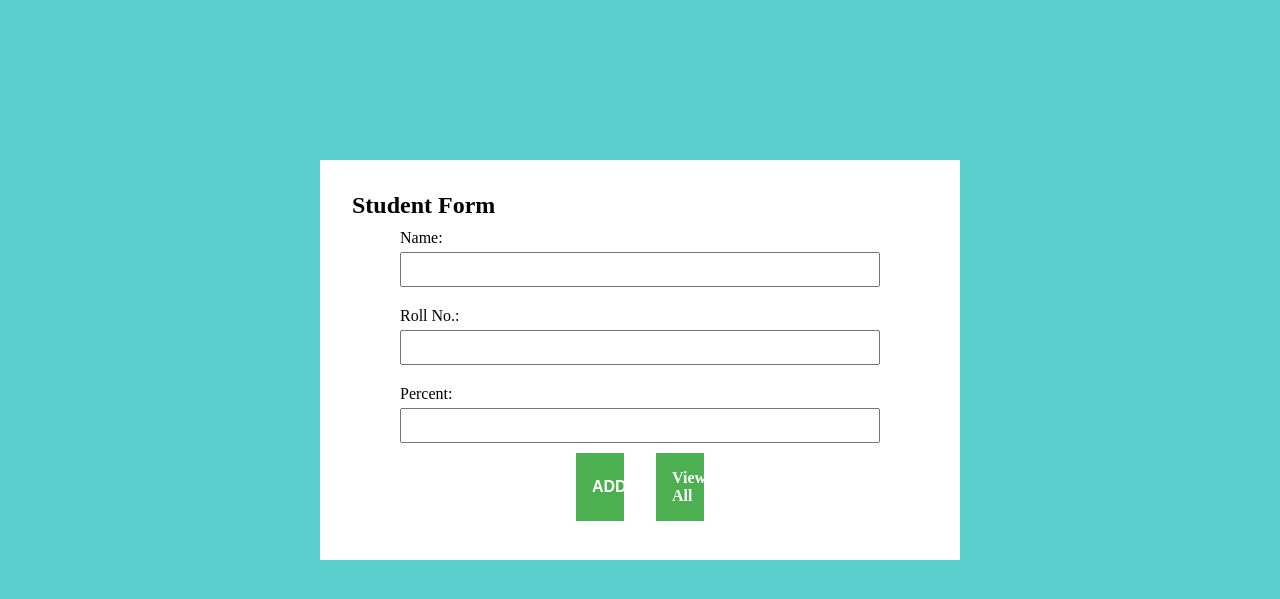
Repository: deeptimahisare1206/Todo_List
Page: http://localhost/Hib_Nest/
These files come from the project's save history. The page is drawn as it stood at one moment and after the next save; the edit follows.
The browser window is 1280 px wide. The pictures show the whole page.
The page is served by Tomcat 10. Other server files are loaded and not shown.

Above is the page before, as saved 2024-11-17 16:14:51.

### Hib_Nest/src/main/webapp/index.jsp
<%@ page language="java" contentType="text/html; charset=UTF-8"
	pageEncoding="UTF-8"%>
<html>
<head>
<style>
*{
margin:0;
padding:0;
box-sizing: border-box;

}
body {
display:grid;
place-items:center;
	background-color: #5acdcd;
	gap: 2rem;
	height: 100vh;
}

.container{
padding:2rem;
	background-color: white;
	height: 25rem;
	width:50vw;
}

form {
    width: 30rem;
    margin: 0 auto;
}

label {
    display: block;
    margin: 10px 0 5px;
}

input[type="text"],
input[type="number"] {
    width: 100%;
    padding: 8px;
    margin-bottom: 10px;
}

input[type="submit"] ,a{
    background-color: #4CAF50;
    color: white;
    font-size:1rem;
    font-weight:bolder;
    padding: 1rem;
    border: none;
    cursor: pointer;
    text-decoration: none;
    width:3rem;
}

input[type="submit"]:hover {
    background-color: #45a049;
}
.btns{
width: 100%;
display: flex;
gap:2rem;
justify-content:center;
}
</style>
</head>
<body>
<div class="container">
	<h2>Student Form</h2>

	<form action="Register" method="get">
		<label>Name:</label><input type="text" name="name"><label>Roll
			No.: </label> <input type="number" name="roll"> <label>Percent:
		</label><input type="number" name="percent">
		<div class="btns"> <input type="submit"
			value="ADD">
			<a href="Display.jsp">View All</a></div>
	</form>
	</div>
</body>
</html>

After the next save:
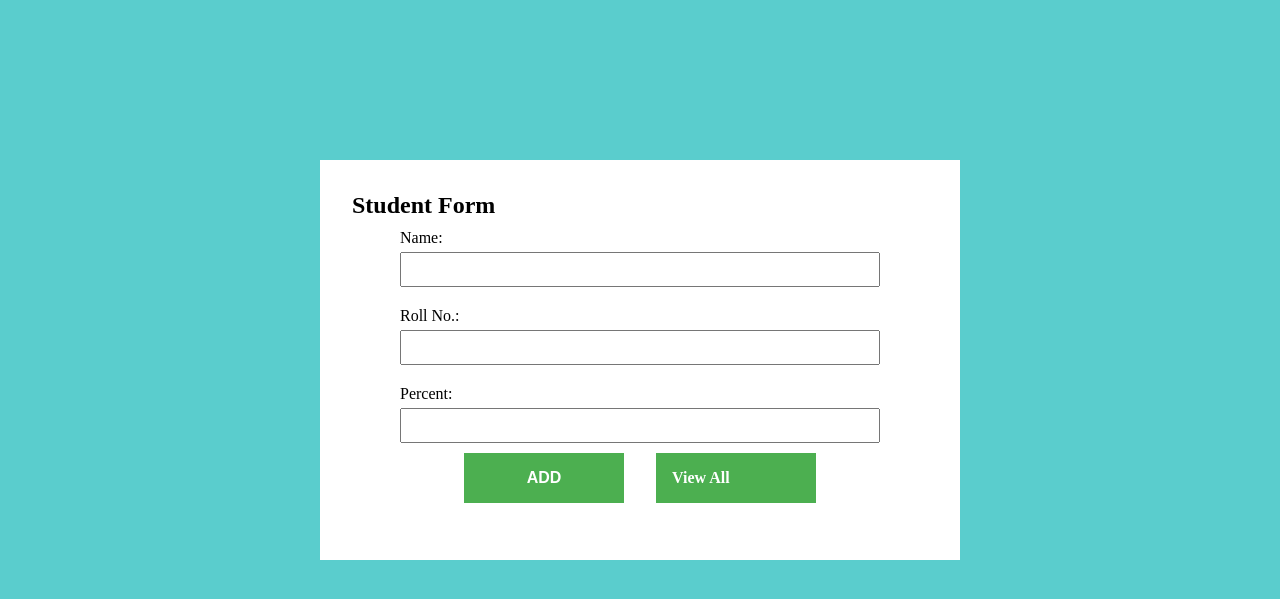
Saved 8 s later.
--- a/Hib_Nest/src/main/webapp/index.jsp
+++ b/Hib_Nest/src/main/webapp/index.jsp
@@ -50,7 +50,7 @@ input[type="submit"] ,a{
     border: none;
     cursor: pointer;
     text-decoration: none;
-    width:3rem;
+    width:10rem;
 }
 
 input[type="submit"]:hover {
